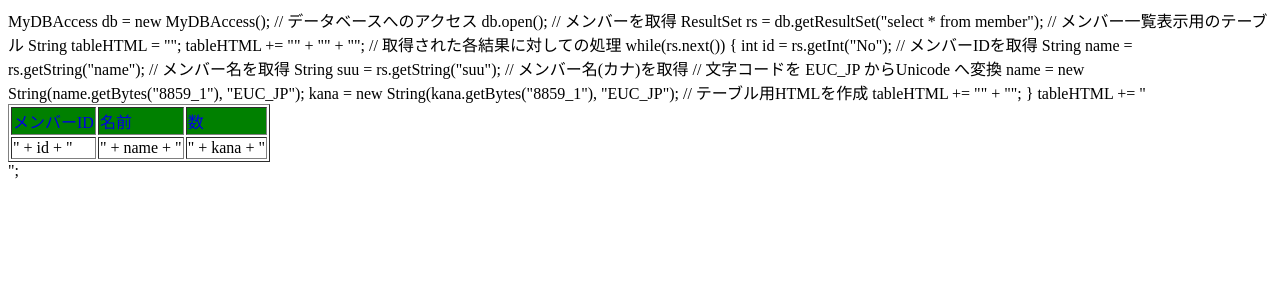
Repository: nathox/backup
Page: http://localhost/Aaaa/j.jsp
These files come from the project's save history. The page is drawn as it stood at one moment and after the next save; the edit follows.
The browser window is 1280 px wide. The pictures show the whole page.
The page is served by Tomcat 9. Other server files are loaded and not shown.

Above is the page before, as saved 2018-02-05 08:45:38.

### Aaaa/WebContent/j.jsp
<%@ page language="java" contentType="text/html; charset=UTF-8"
    pageEncoding="UTF-8"%>
<!DOCTYPE html PUBLIC "-//W3C//DTD HTML 4.01 Transitional//EN" "http://www.w3.org/TR/html4/loose.dtd">
<html>
<head>
<meta http-equiv="Content-Type" content="text/html; charset=UTF-8">
<title>Insert title here</title>
</head>
<body>

MyDBAccess db = new MyDBAccess();

// データベースへのアクセス
db.open();

// メンバーを取得
ResultSet rs = db.getResultSet("select * from member");

// メンバー一覧表示用のテーブル
String tableHTML = "<table border=1>";
tableHTML += "<tr bgcolor=\"000080\"><td><font color=\"white\">メンバーID</font></td>"
    + "<td><font color=\"white\">名前</font></td>"
    + "<td><font color=\"white\">数</font></td>";

// 取得された各結果に対しての処理
while(rs.next()) {

    int id = rs.getInt("No"); // メンバーIDを取得
    String name = rs.getString("name"); // メンバー名を取得
    String suu = rs.getString("suu"); // メンバー名(カナ)を取得

    // 文字コードを EUC_JP からUnicode へ変換
    name = new String(name.getBytes("8859_1"), "EUC_JP");
    kana = new String(kana.getBytes("8859_1"), "EUC_JP");

    // テーブル用HTMLを作成
    tableHTML += "<tr><td align=\"right\">" + id + "</td>"
              + "<td>" + name + "</td><td>" + kana + "</td></tr>";
}

tableHTML += "</table>";














</body>
</html>

After the next save:
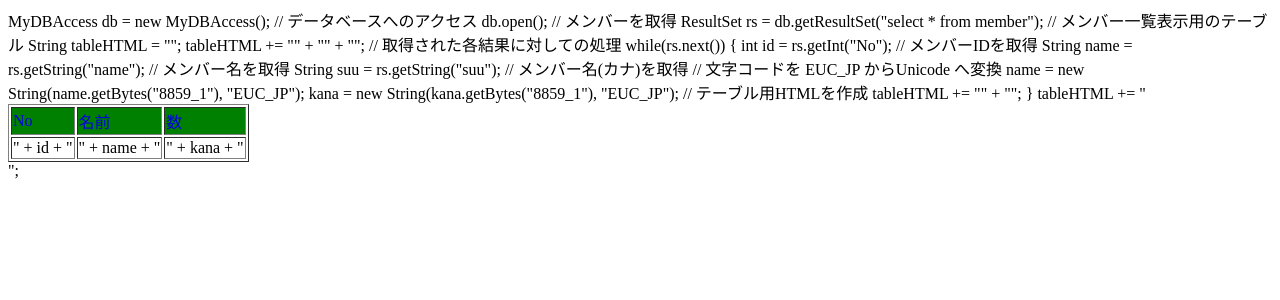
Saved 78 s later.
--- a/Aaaa/WebContent/j.jsp
+++ b/Aaaa/WebContent/j.jsp
@@ -18,7 +18,7 @@ ResultSet rs = db.getResultSet("select * from member");
 
 // メンバー一覧表示用のテーブル
 String tableHTML = "<table border=1>";
-tableHTML += "<tr bgcolor=\"000080\"><td><font color=\"white\">メンバーID</font></td>"
+tableHTML += "<tr bgcolor=\"000080\"><td><font color=\"white\">No</font></td>"
     + "<td><font color=\"white\">名前</font></td>"
     + "<td><font color=\"white\">数</font></td>";
 
